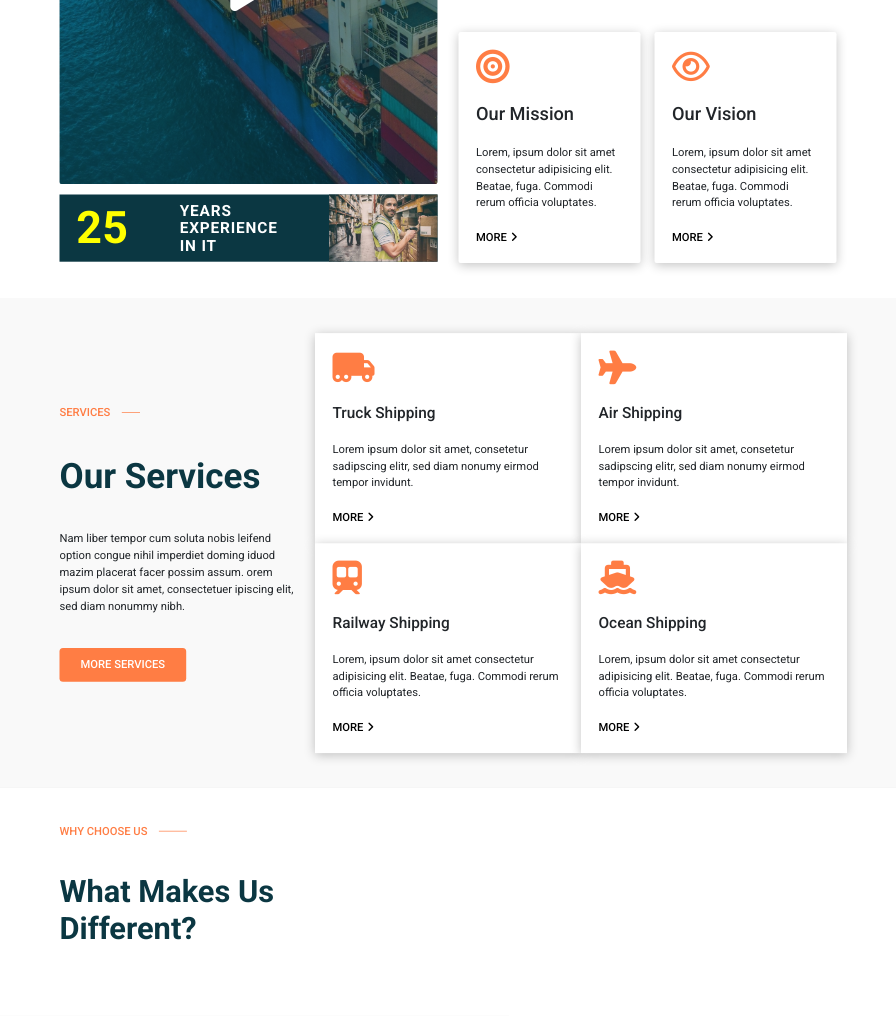
Repository: nazmulalok/shipping-theme
Page: index.html
An editor plug-in stored every save of this project. The page is shown before and after the next save, followed by the edit.
The browser window is 1280 px wide. The pictures show the part of the page from y = 1327 to 3247 px (the page is 2778 px tall before and 3247 px after), at 70% of full size.
Some web libraries are served in a nearby version.

Above is the page before, as saved 2022-10-08 23:10:16.

After the next save:
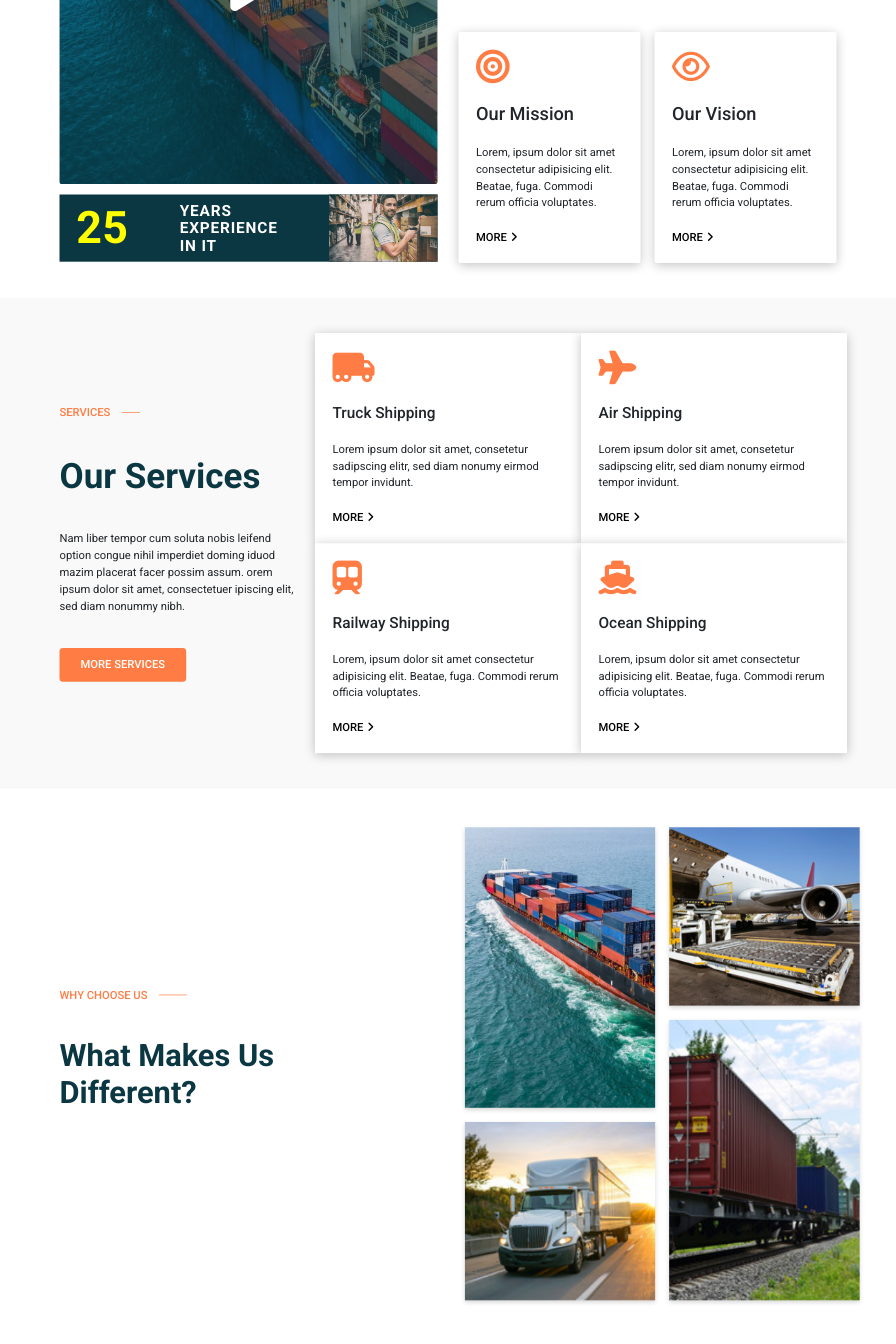
Saved 2 min 14 s later.
--- a/index.html
+++ b/index.html
@@ -224,7 +224,11 @@
                         <h3 class="mb-5">What Makes Us <br>
                             Different?</h3>
                     </div>
-                    <div class="col-lg-6"></div>
+                    <div class="col-lg-6">
+                        <div class="img-box">
+                            <img src="images/why-choose-shipping.png" alt="Why Choose Shipping">
+                        </div>
+                    </div>
                 </div>
             </div>
         </div>
